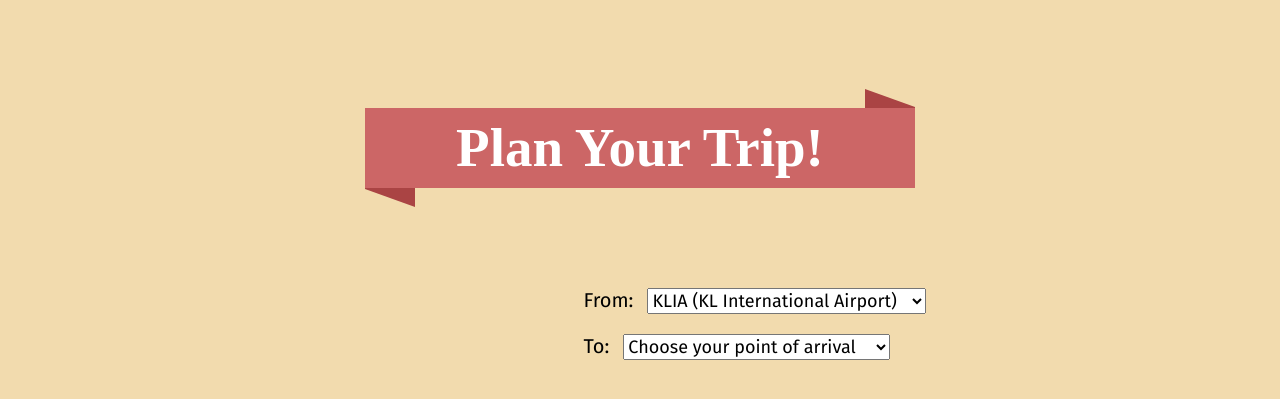
Repository: bbh0607/bae_dNation
Page: public/index.html
An editor plug-in stored every save of this project. The page is shown before and after a run of saves, followed by the edit.
The browser window is 1280 px wide. The pictures show the whole page.
After loading, the first visible `#fromSelect` was changed once.
Some web fonts or font styles are not loaded; a fallback is used.

Above is the page before, as saved 2020-02-01 15:55:25.

### public/index.html
<!DOCTYPE html>
<html lang="en">
  <head>
    <meta charset="UTF-8" />
    <link rel="stylesheet" type="text/css" href="./css/style.css" />
    <link rel="stylesheet" href="https://fonts.googleapis.com/css?family=Fira+Sans">
    <link rel="stylesheet" href="https://cdnjs.cloudflare.com/ajax/libs/font-awesome/4.7.0/css/font-awesome.min.css">
    <script src="js/script.js"></script>
    <title>My Website</title>
  </head>
  <body>
    <h1>Plan Your Trip!</h1>
    <form action="result.html" method="POST">
      <ul>
        <li>
          <label for="from">From:</label>
          <select id="fromSelect" name="from" onchange="removeDuplicate(this)" required>
            <option value="DEFAULT" selected disabled hidden>Choose your point of departure</option>
            <option value="KLIA">KLIA (KL International Airport)</option>
            <option value="KLIA2">KLIA2 (Airport Terminal 2)</option>
            <option value="SENTRAL">KL Sentral</option>
            <option value="OTHER">Other..</option>
          </select>
          <i class="fromSearch" hidden>
            <i class="fa fa-search icon"></i>
            <input type="text" name="search" placeholder="Where would you like to start?">
          </i>
        </li>
        <li>
          <label for="to">To:</label>
          <select id="toSelect" name="to" onchange="removeDuplicate(this)" disabled required>
            <option value="DEFAULT" selected disabled hidden>Choose your point of arrival</option>
            <option value="KLIA">KLIA (KL International Airport)</option>
            <option value="KLIA2">KLIA2 (Airport Terminal 2)</option>
            <option value="SENTRAL">KL Sentral</option>
            <option value="OTHER">Other..</option>
          </select>
          <i class="toSearch" hidden>
            <i class="fa fa-search icon"></i>
            <input type="text" name="search" placeholder="Where would you like to go?">
          </div>
        </li>
        <li>
          <label for="deptime">Time of Departure:</label>
          <input type="time" id="deptime" name="deptime" value="09:00" required>
        </li>
        <li>
          <label for="adult">Adult:</label>
          <input type="number" id="adult" name="adult" value="0" min='0' required>
          <label for="child">Child:</label>
          <input type="number" id="child" name="child" value="0" min='0' required>
          <small>(Applicable for age 6-15)</small>
        </li>
        <li>
          <input type="submit" value="Search">
        </li>
      </ul>
    </form a>
  </body>
</html>

### public/css/style.css
/* body {
  background-color: aquamarine;
} */

@import url(https://fonts.googleapis.com/css?family=Patua+One);

body {
  background-color:#F2DBAE;
  align-content: center;
}

h1 {
  background-color:#c66;
  width:550px; height:80px;
  line-height:80px;
  font-size:55px;
  text-align:center;
  position:relative;
  margin:100px auto;
  font-family: 'Patua One', cursive;
  color:#fff;
  }

h1:before, h1:after {
  background-color:#a44;
  width:50px; height:80px;
  content:'';
  display:block;
  transform:skewY(20deg);
  position:absolute;
  z-index:-1;
}

h1:before {top:10px; left:0; }
h1:after {top:-10px; right:0; }

label {
  font-size: 20px;
  font-family: "Fira Sans", sans-serif;
  margin-right: 10px;
}

ul {
  list-style-type: none;
  justify-self: center;
  margin-left: 200px;
}

li {
  margin-top: 20px;
}

select {
  font-family: "Fira Sans", sans-serif;
  font-size: 18px;
  margin-right: 10px;
}

input[type="submit"]{
  background-color: #c66;
  color: #fff;
  font-size: 20px;
  font-family: 'Patua One', cursive;
  padding-left: 20px;
  padding-right: 20px;
}

input[type="time"], input[type="number"]{
  width: 120px;
  text-align: center;
  font-family: "Fira Sans", sans-serif;
  font-size: 18px;
  margin-right: 10px;
}

input[type="text"] {
  width: 250px;
  font-family: "Fira Sans", sans-serif;
  font-size: 16px;
  margin-right: 10px;
  padding-left: 10px;
}

small {
  font-family: "Fira Sans", sans-serif;
  font-size: 14px;
}

input[type='number']::-webkit-inner-spin-button,
input[type='number']::-webkit-outer-spin-button {
    opacity: 1;
}

input[type='time']::-webkit-inner-spin-button,
input[type='time']::-webkit-outer-spin-button {
    opacity: 1;
}

.icon{
  margin-right: 5px;
}

### public/js/script.js
function removeDuplicate(element) {
    const changedId = element.id;
    const comparisonId = changedId == 'fromSelect'? 'toSelect': 'fromSelect';
    const displayId = changedId == 'fromSelect' ? 'fromSearch': 'toSearch';
    const changed = document.getElementById(changedId);
    const compare = document.getElementById(comparisonId);
    const display = document.getElementById(displayId);
    if (
      changed.options[changed.selectedIndex].value ===
      compare.options[compare.selectedIndex].value
    ) compare.value="DEFAULT"
    if (changed.options[changed.selectedIndex].value === "OTHER") {
        display.hidden = false;
    } else
    document.getElementById(comparisonId).disabled = false;
}

After the next 3 saves:
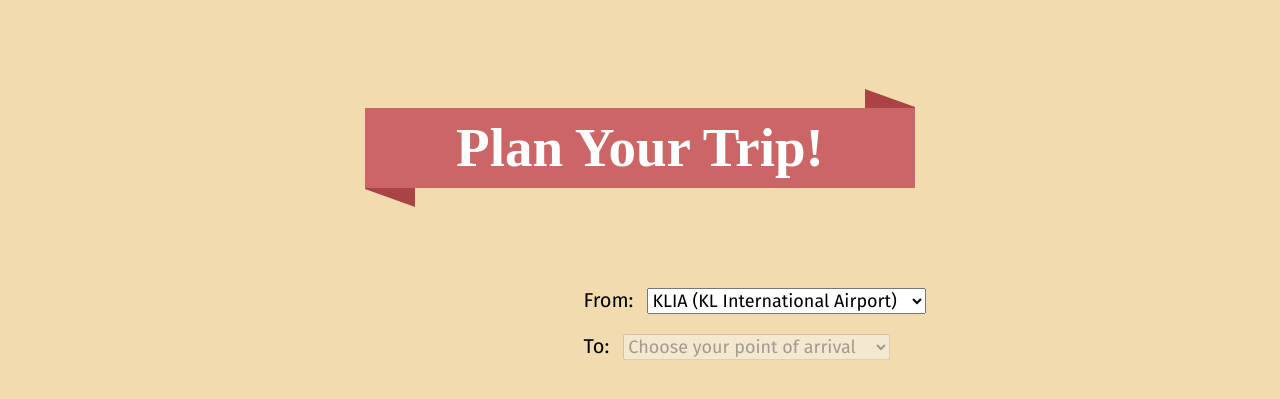
Console error: TypeError: Cannot set properties of null (setting 'hidden')
The 3 saves are shown as one change because they came seconds apart.
The last was saved 13 s later.
--- a/public/js/script.js
+++ b/public/js/script.js
@@ -11,6 +11,6 @@
     ) compare.value="DEFAULT"
     if (changed.options[changed.selectedIndex].value === "OTHER") {
         display.hidden = false;
-    } else
+    } else { display.hidden=true; }
     document.getElementById(comparisonId).disabled = false;
 }

After the 3 saves that followed:
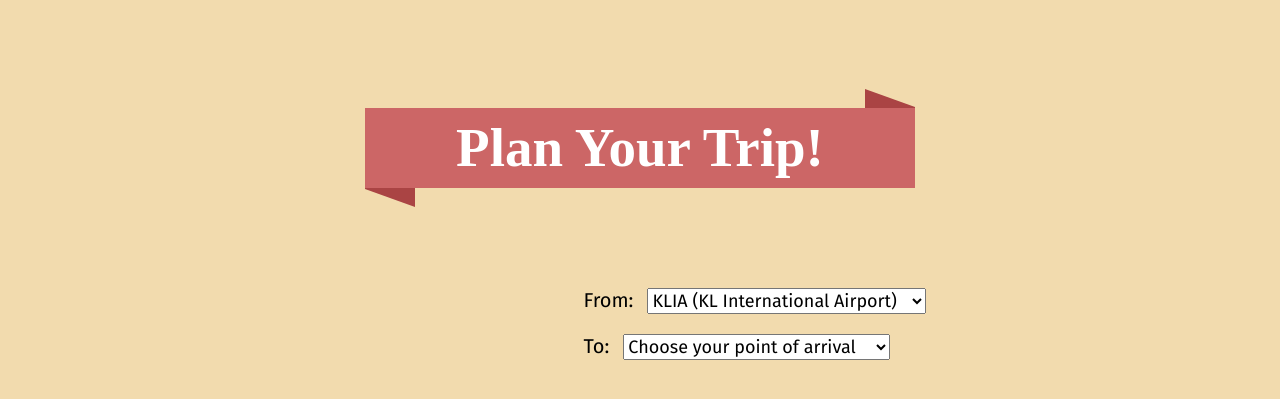
The error is gone.
The 3 saves are shown as one change because they came seconds apart.
The last was saved 111 s later.
--- a/public/js/script.js
+++ b/public/js/script.js
@@ -1,16 +1,13 @@
 function removeDuplicate(element) {
     const changedId = element.id;
     const comparisonId = changedId == 'fromSelect'? 'toSelect': 'fromSelect';
-    const displayId = changedId == 'fromSelect' ? 'fromSearch': 'toSearch';
     const changed = document.getElementById(changedId);
     const compare = document.getElementById(comparisonId);
-    const display = document.getElementById(displayId);
+
     if (
       changed.options[changed.selectedIndex].value ===
       compare.options[compare.selectedIndex].value
     ) compare.value="DEFAULT"
-    if (changed.options[changed.selectedIndex].value === "OTHER") {
-        display.hidden = false;
-    } else { display.hidden=true; }
+
     document.getElementById(comparisonId).disabled = false;
 }
